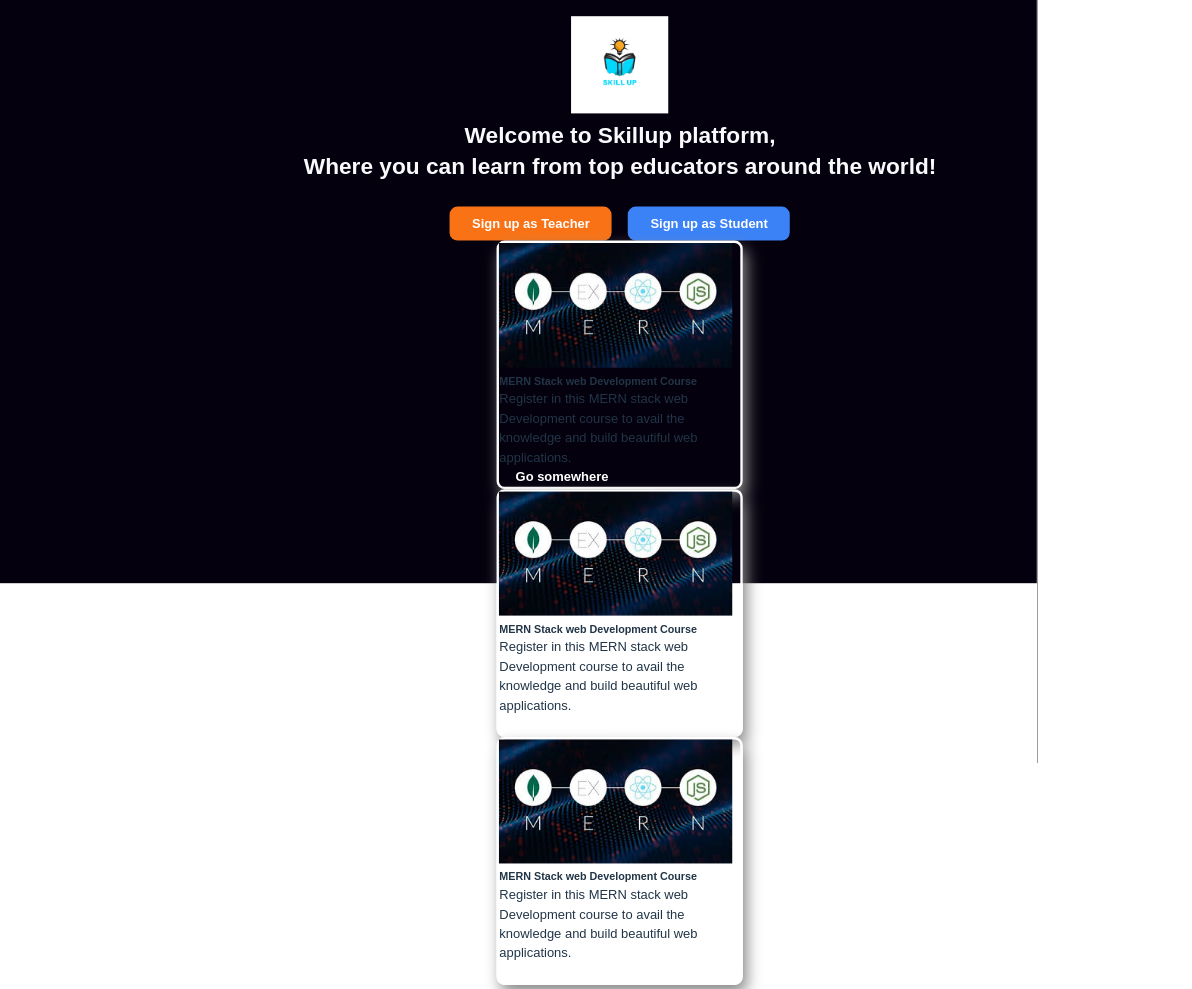
Repository: gowtham-jo/Learning-Management-System
Page: /
The author's editor kept a copy of each file at every save. The page is drawn from the files as they stood at one save, then again after the next save.
The browser window is 1280 px wide. The page is 1281 px wide, then 1472 px, so the pictures cover 1472 px, including what lies to the right of the window. The pictures show the whole page, at 81% of full size.
The project was rebuilt for these pictures with package versions that can differ from the ones it lists, and the page was loaded fresh each time. Also part of the build but not shown: vite.config.js, src/StudentRegistration.jsx, src/TeacherRegistration.jsx.

Above is the page before, as saved 2026-01-27 20:37:01.

### index.html
<!doctype html>
<html lang="en">
  <head>
    <meta charset="UTF-8" />
    <link rel="icon" type="image/svg+xml" href="/vite.svg" />
    <meta name="viewport" content="width=device-width, initial-scale=1.0" />
    <title>lms</title>
  </head>
  <body>
    <div id="root"></div>
    <script type="module" src="/src/main.jsx"></script>
  </body>
</html>

### src/App.jsx
import React from "react";
import "./App.css";
import Homepage from "./Homepage.jsx";
import { Routes, Route } from "react-router-dom";
import StudentRegistration from "./StudentRegistration.jsx";
import TeacherRegistration from "./TeacherRegistration.jsx";


import { useNavigate } from "react-router-dom";

const App = () => {
  return (
    <Routes>
      <Route path="/" element={<Homepage />} />
      <Route
        path="/student-registration"
        element={<StudentRegistration />}

      />
      <Route path="/teacher-registration" element={<TeacherRegistration />} />
    </Routes>
  );
};

export default App;

### src/index.css
*{
  margin:0;
  padding:0;
  box-sizing: border-box;
}
html,body,#root{
  height:100%;
}
:root {
  font-family: system-ui, Avenir, Helvetica, Arial, sans-serif;
  line-height: 1.5;
  font-weight: 400;

  color-scheme: light dark;
  color: rgba(255, 255, 255, 0.87);
  background-color: #242424;

  font-synthesis: none;
  text-rendering: optimizeLegibility;
  -webkit-font-smoothing: antialiased;
  -moz-osx-font-smoothing: grayscale;
}

a {
  font-weight: 500;
  color: #646cff;
  text-decoration: inherit;
}
a:hover {
  color: #535bf2;
}

body {
  margin: 0;
  display: flex;
  place-items: center;
  min-width: 320px;
  min-height: 100vh;
}

h1 {
  font-size: 3.2em;
  line-height: 1.1;
}

button {
  border-radius: 8px;
  border: 1px solid transparent;
  padding: 0.6em 1.2em;
  font-size: 1em;
  font-weight: 500;
  font-family: inherit;
  background-color: #1a1a1a;
  cursor: pointer;
  transition: border-color 0.25s;
}
button:hover {
  border-color: #646cff;
}
button:focus,
button:focus-visible {
  outline: 4px auto -webkit-focus-ring-color;
}

@media (prefers-color-scheme: light) {
  :root {
    color: #213547;
    background-color: #ffffff;
  }
  a:hover {
    color: #747bff;
  }
  button {
    background-color: #f9f9f9;
  }
}

### src/App.css
body {
  background-color: #05000e;
  font-family: Arial, sans-serif;
}

/* FULL-PAGE CENTERING */
.home-container {
  height: 100%;
  width: 100%;
  margin-top: 20px;
  margin-left:250px;

  display: grid;
  place-items: center; /* PERFECT center (x + y) */
}

/* Inner content wrapper */
.home-content {
  text-align: center;
}

/* Heading */
#heading {
  max-width: 1000px;
  color: #f8fafc;
  font-size: 28px;
  font-weight: 600;
  line-height: 1.4;
  margin-bottom: 30px;
}

/* Buttons */
.buttons {
  display: flex;
  gap: 20px;
  justify-content: center;
}

.btn {
  width: 200px;
  padding: 12px 20px;
  font-size: 16px;
  font-weight: 600;
  color: white;
  border: none;
  border-radius: 10px;
  cursor: pointer;
}

.orange { background-color: #f97316; }
.blue   { background-color: #3b82f6; }
.student-registration{
  display: flex;
  justify-content: center;
  align-items: center;
}
/*student-registration-container styling*/
.page-center {
  display: flex;
  height: 100vh;
  justify-content: center;
  align-items: center;
  width: 100vw;

}
.form-container {
  background-color: black;
  padding: 40px;
  border-radius: 10px;
  box-shadow: 0 4px 6px rgba(0, 0, 0, 0.1);
  width: 400px;
}

### src/Homepage.jsx
import React from "react";
import { useNavigate } from "react-router-dom";
import Skillup from "../src/assets/Skillup.png";
import mern from "./assets/mern.jpg";

const Homepage = () => {
  const navigate = useNavigate();

  return (
    <div className="home-container">
      <div className="home-content">
        <img src={Skillup} alt="Logo" width="120" />
        <div id="heading">
          Welcome to Skillup platform,
          <br />
          Where you can learn from top educators around the world!
        </div>

        <div className="buttons">
          <button
            className="btn orange"
            onClick={() => navigate("/teacher-registration")}
          >
            Sign up as Teacher
          </button>

          <button
            className="btn blue"
            onClick={() => navigate("/student-registration")}
          >
            Sign up as Student
          </button>

        </div>
      </div>
      <div className="cards">
      <div className="card" style={{ width: "19rem",border:"3px solid white" ,borderRadius:"10px",boxShadow:"5px 10px 18px #888888"}}>
        <img src={mern} className="card-img-top" alt="..."style={{width:"18rem"}} />
          <div className="card-body" style={{ borderRadius: "10px" }}>
            <h5 className="card-title">MERN Stack web Development Course</h5>
            <p className="card-text">Register in this MERN stack web Development course to avail the knowledge and build beautiful web applications.</p>
            <a href="#" className="btn btn-primary">Go somewhere</a>
          </div>

      </div>
       <div className="card" style={{ width: "19rem",border:"3px solid white" ,borderRadius:"10px",boxShadow:"5px 10px 18px #888888"}}>
        <img src={mern} className="card-img-top" alt="..."style={{width:"18rem"}} />
          <div className="card-body" style={{ borderRadius: "10px" }}>
            <h5 className="card-title">MERN Stack web Development Course</h5>
            <p className="card-text">Register in this MERN stack web Development course to avail the knowledge and build beautiful web applications.</p>
            <a href="#" className="btn btn-primary">Go somewhere</a>
          </div>
          </div>
           <div className="card" style={{ width: "19rem",border:"3px solid white" ,borderRadius:"10px",boxShadow:"5px 10px 18px #888888"}}>
        <img src={mern} className="card-img-top" alt="..."style={{width:"18rem"}} />
          <div className="card-body" style={{ borderRadius: "10px" }}>
            <h5 className="card-title">MERN Stack web Development Course</h5>
            <p className="card-text">Register in this MERN stack web Development course to avail the knowledge and build beautiful web applications.</p>
            <a href="#" className="btn btn-primary">Go somewhere</a>
          </div>
          </div>
          </div>
    </div>
  );
};

export default Homepage;

Loaded but not shown: src/main.jsx (common file)

After the next save:
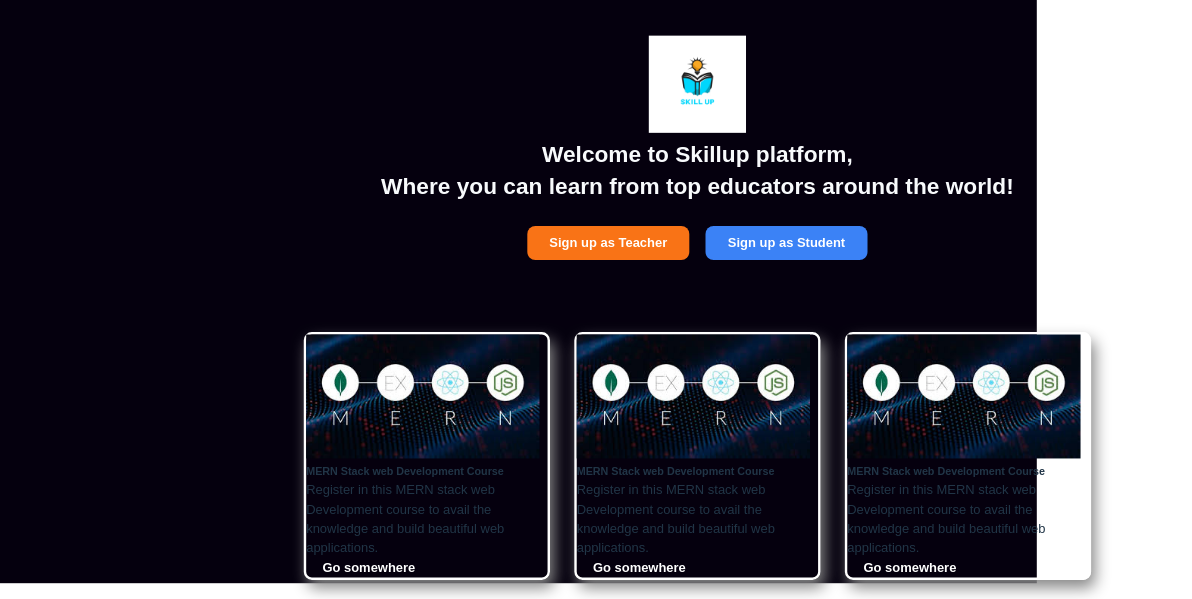
Saved 5 min 15 s later.
--- a/src/App.css
+++ b/src/App.css
@@ -70,3 +70,11 @@ body {
   box-shadow: 0 4px 6px rgba(0, 0, 0, 0.1);
   width: 400px;
 }
+.cards {
+  display: flex;
+  gap: 30px;              /* space between cards */
+  justify-content: center; /* center horizontally */
+  align-items: flex-start;
+  margin-top: 40px;
+  flex-wrap: wrap;        /* responsive (wrap on small screens) */
+}
